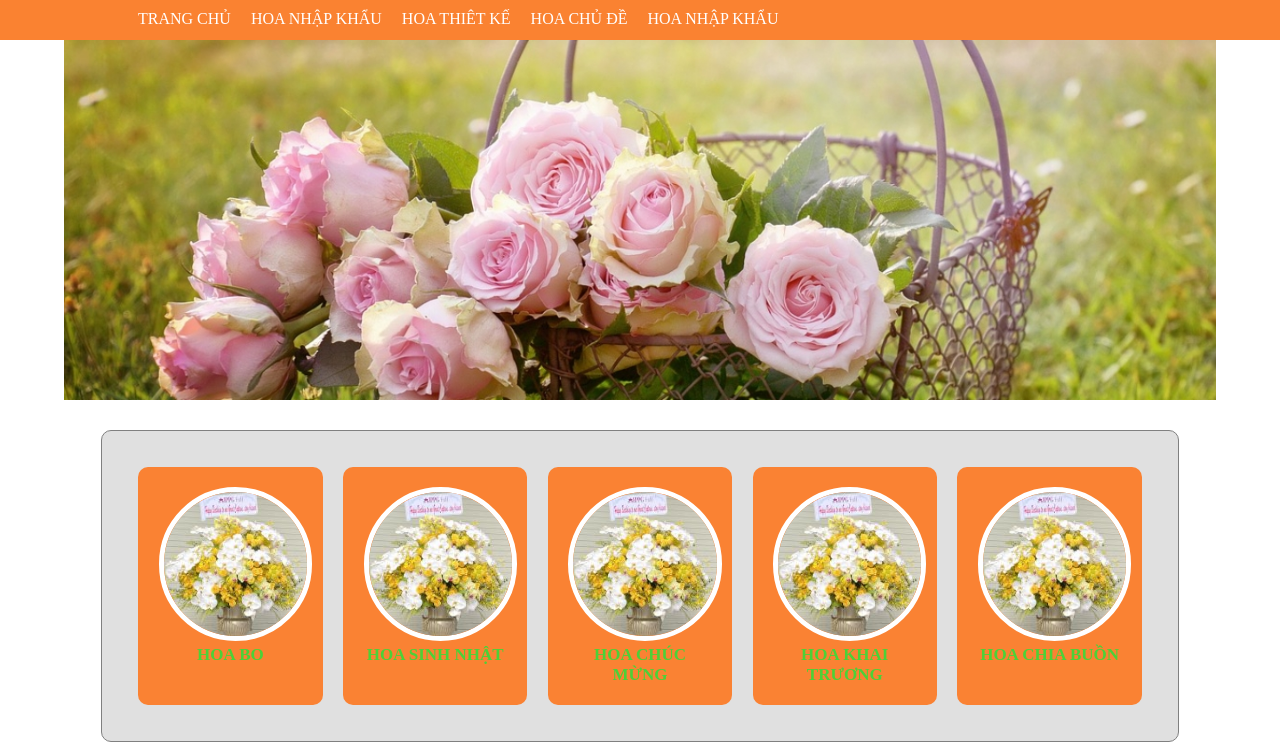
Repository: hoang71299/fe_26
Page: buoi5/buoi7/1.html
The author's editor kept a copy of each file at every save. The page is drawn from the files as they stood at one save, then again after the next save.
The browser window is 1280 px wide. The pictures show the whole page.

Above is the page before, as saved 2022-08-28 19:54:38.

After the next save:
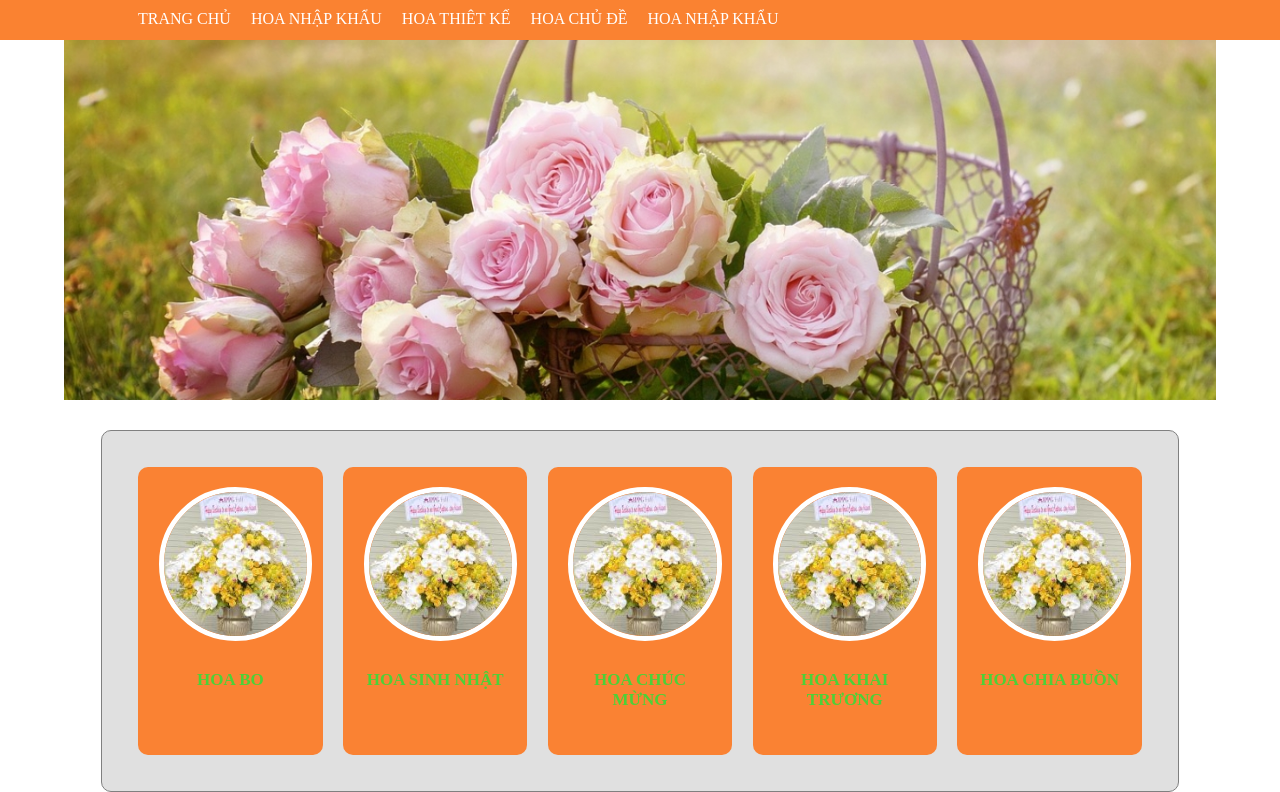
Saved 8 s later.
--- a/buoi5/buoi7/1.css
+++ b/buoi5/buoi7/1.css
@@ -95,5 +95,5 @@ html,body{
     text-transform: uppercase;
     font-size: 17px;
     font-weight: bold;
-    margin-top: 25px 0px;
+    margin: 25px 0px;
 }
